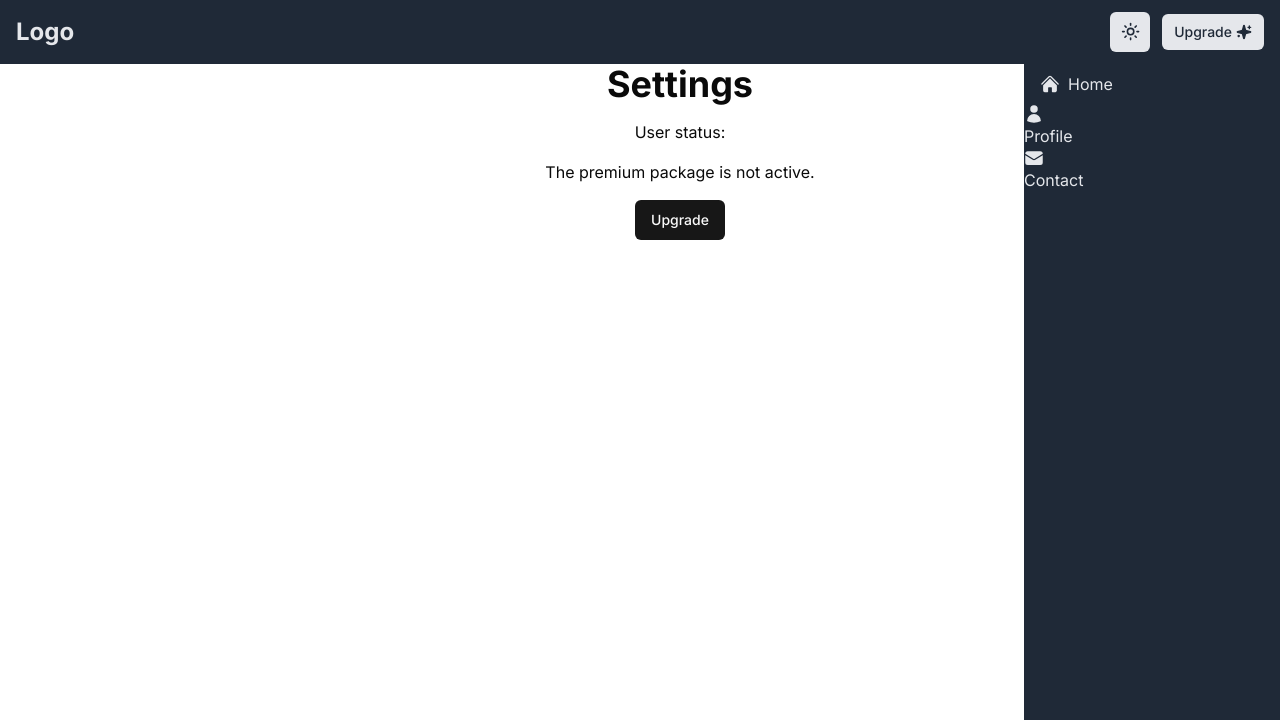
Repository: michalmilek/AI-companion-bot
Page: /settings
An editor plug-in stored every save of this project. The page is shown before and after the next save, followed by the edit.
The browser window is 1280 px wide. The pictures show the whole page.
The page's requests for data from a server got no answer. The project was rebuilt for these pictures with package versions that can differ from the ones it lists, and the page was loaded fresh each time. Some packages were replaced by stand-ins written for this rebuild. The framework's server and built-in components were replaced by stand-ins that run in the browser. No one was signed in, and anything a server would have sent is missing. Also part of the build but not shown: next.config.js. Imported but missing from the stored project, and not drawn on this page: lib/prismadb.

Above is the page before, as saved 2023-10-10 15:37:12.

### app/layout.tsx
import { ClerkProvider } from "@clerk/nextjs";
import "./globals.css";
import type { Metadata } from "next";
import { Inter } from "next/font/google";
import { ThemeProvider } from "@/components/theme-provider";

const inter = Inter({ subsets: ["latin"] });

export const metadata: Metadata = {
  title: "Create Next App",
  description: "Generated by create next app",
};

export default function RootLayout({
  children,
}: {
  children: React.ReactNode;
}) {
  return (
    <ClerkProvider>
      <html lang="en">
        <body className={inter.className}>
          <ThemeProvider
            attribute="class"
            defaultTheme="light"
            enableSystem
            disableTransitionOnChange>
            {children}
          </ThemeProvider>
        </body>
      </html>
    </ClerkProvider>
  );
}

### app/(root)/layout.tsx
import MobileSidebar from "@/components/MobileSidebar";
import Navbar from "@/components/Navbar";
import React from "react";

const RootLayout = ({ children }: { children: React.ReactNode }) => {
  return (
    <div className="h-screen">
      <Navbar />
      <MobileSidebar />
      <main className="md:pl-20 pt-16 h-full">{children}</main>
    </div>
  );
};

export default RootLayout;

### app/(root)/(routes)/settings/page.tsx
import { checkSubscription } from "@/lib/subscription";
import React from "react";
import SubscriptionPanel from "./companion/SubscriptionPanel";

const page = async () => {
  const isPro = await checkSubscription();
  return (
    <div>
      <SubscriptionPanel isPro={isPro} />
    </div>
  );
};

export default page;

### app/globals.css
@tailwind base;
@tailwind components;
@tailwind utilities;

@layer base {
  :root {
    --background: 0 0% 100%;
    --foreground: 0 0% 3.9%;

    --card: 0 0% 100%;
    --card-foreground: 0 0% 3.9%;

    --popover: 0 0% 100%;
    --popover-foreground: 0 0% 3.9%;

    --primary: 0 0% 9%;
    --primary-foreground: 0 0% 98%;

    --secondary: 0 0% 96.1%;
    --secondary-foreground: 0 0% 9%;

    --muted: 0 0% 96.1%;
    --muted-foreground: 0 0% 45.1%;

    --accent: 0 0% 96.1%;
    --accent-foreground: 0 0% 9%;

    --destructive: 0 84.2% 60.2%;
    --destructive-foreground: 0 0% 98%;

    --border: 0 0% 89.8%;
    --input: 0 0% 89.8%;
    --ring: 0 0% 3.9%;

    --radius: 0.5rem;
  }

  .dark {
    --background: 0 0% 3.9%;
    --foreground: 0 0% 98%;

    --card: 0 0% 3.9%;
    --card-foreground: 0 0% 98%;

    --popover: 0 0% 3.9%;
    --popover-foreground: 0 0% 98%;

    --primary: 0 0% 98%;
    --primary-foreground: 0 0% 9%;

    --secondary: 0 0% 14.9%;
    --secondary-foreground: 0 0% 98%;

    --muted: 0 0% 14.9%;
    --muted-foreground: 0 0% 63.9%;

    --accent: 0 0% 14.9%;
    --accent-foreground: 0 0% 98%;

    --destructive: 0 62.8% 30.6%;
    --destructive-foreground: 0 0% 98%;

    --border: 0 0% 14.9%;
    --input: 0 0% 14.9%;
    --ring: 0 0% 83.1%;
  }
}

@layer base {
  * {
    @apply border-border;
  }
  body {
    @apply bg-background text-foreground;
  }
}

*{
  box-sizing: border-box;
  padding: 0;
  margin: 0;
}

### components/MobileSidebar.tsx
"use client";

import React, { useState } from "react";
import { AnimatePresence, motion } from "framer-motion";
import { useTheme } from "next-themes";
import clsx from "clsx";
import { Theme, getThemeBackground } from "@/app/utils/helpers";
import { Button } from "./ui/button";
import {
  XMarkIcon,
  HomeIcon,
  UserIcon,
  EnvelopeIcon,
} from "@heroicons/react/24/solid";
import Link from "next/link";

const MobileSidebar = () => {
  const { theme } = useTheme();
  console.log("🚀 ~ theme:", theme);
  const [isOpen, setIsOpen] = useState(false);

  const toggleMenu = () => {
    setIsOpen(!isOpen);
  };

  return (
    <motion.aside
      key={"mobileSidebar"}
      className={`h-full w-64 fixed bottom-0 top-16 right-0 ${getThemeBackground(
        theme as Theme
      )}`}
      initial={{ x: "100%" }}
      animate={{ x: 0 }}
      transition={{ type: "tween", duration: 0.3 }}>
      <ul>
        <li>
          <Link
            className="flex items-center gap-2 py-2 px-4 hover:bg-gray-700"
            href="/">
            <HomeIcon className="h-5 w-5" />
            <span>Home</span>
          </Link>
        </li>
        <li>
          <Link href="/profile">
            <UserIcon className="h-5 w-5" />
            <span>Profile</span>
          </Link>
        </li>
        <li>
          <Link href="/contact">
            <EnvelopeIcon className="h-5 w-5" />
            <span>Contact</span>
          </Link>
        </li>
      </ul>
    </motion.aside>
  );
};
export default MobileSidebar;

### components/Navbar.tsx
"use client";

import React, { useEffect, useState } from "react";
import { UserButton } from "@clerk/nextjs";
import { Button } from "./ui/button";
import { Sparkles } from "lucide-react";
import { ThemeToggle } from "./theme-toggle";
import { useTheme } from "next-themes";
import clsx from "clsx";
import { Theme, getThemeBackground, getThemeColor } from "@/app/utils/helpers";

const Navbar = () => {
  const { theme } = useTheme();

  return (
    <nav
      className={`${getThemeBackground(
        theme as Theme
      )} h-16 flex justify-between items-center px-4 fixed top-0 left-0 right-0 z-50`}>
      <a
        href="#"
        className="text-2xl font-bold">
        Logo
      </a>
      <div className="flex items-center gap-3">
        <ThemeToggle />
        <Button
          size="sm"
          variant={getThemeColor(theme as Theme)}>
          Upgrade
          <Sparkles className="text-gray-800 fill-gray-800 h-4 w-4" />
        </Button>

        <UserButton />
      </div>
    </nav>
  );
};

export default Navbar;

### lib/subscription.ts
import { auth } from "@clerk/nextjs";

import prismadb from "@/lib/prismadb";

const DAY_IN_MS = 86_400_000;

export const checkSubscription = async () => {
  const { userId } = auth();

  if (!userId) {
    return false;
  }

  const userSubscription = await prismadb.userSubscription.findUnique({
    where: {
      userId,
    },
    select: {
      stripeCurrentPeriodEnd: true,
      stripeCustomerId: true,
      stripePriceId: true,
      stripeSubscriptionId: true,
    },
  });

  if (!userSubscription) {
    return false;
  }

  const isValid =
    userSubscription.stripePriceId &&
    userSubscription.stripeCurrentPeriodEnd?.getTime()! + DAY_IN_MS >
      Date.now();

  return !!isValid;
};

### app/(root)/(routes)/settings/companion/SubscriptionPanel.tsx
"use client";

import { Button } from "@/components/ui/button";
import axios from "axios";
import React from "react";

const SubscriptionPanel = ({ isPro }: { isPro: boolean }) => {
  const onSubscribe = async () => {
    try {
      const response = await axios.get("/api/stripe");

      window.location.href = response.data.url;
    } catch (error) {
      console.log("onSubscribe error", error);
    }
  };

  return (
    <div className="flex flex-col gap-4 items-center justify-center">
      <h1 className="text-4xl font-bold">Settings</h1>
      <h2>User status:</h2>
      <p>
        {isPro
          ? "The premium package is active."
          : "The premium package is not active."}
      </p>
      <Button onClick={onSubscribe}>
        {isPro ? "Edit your subscription" : "Upgrade"}
      </Button>
    </div>
  );
};

export default SubscriptionPanel;

### app/utils/helpers.ts
import clsx from "clsx";

export type Theme = "dark" | "system" | "light";

export function getThemeColor(theme: Theme) {
  if (theme === "dark" || theme === "system") {
    return "dark";
  } else {
    return "gray";
  }
}

export const getThemeBackground = (theme: Theme) => {
  return clsx(
    (theme === "dark" || theme === "system") && "bg-gray-200 text-gray-800",
    theme === "light" && "bg-gray-800 text-gray-200"
  );
};

### components/ui/button.tsx
import * as React from "react";
import { Slot } from "@radix-ui/react-slot";
import { cva, type VariantProps } from "class-variance-authority";

import { cn } from "@/lib/utils";

const buttonVariants = cva(
  "inline-flex items-center justify-center rounded-md text-sm font-medium ring-offset-background transition-colors focus-visible:outline-none focus-visible:ring-2 focus-visible:ring-ring focus-visible:ring-offset-2 disabled:pointer-events-none disabled:opacity-50",
  {
    variants: {
      variant: {
        default: "bg-primary text-primary-foreground hover:bg-primary/90",
        destructive:
          "bg-destructive text-destructive-foreground hover:bg-destructive/90",
        outline:
          "border border-input bg-background hover:bg-accent hover:text-accent-foreground",
        secondary:
          "bg-secondary text-secondary-foreground hover:bg-secondary/80",
        ghost: "hover:bg-accent hover:text-accent-foreground",
        link: "text-primary underline-offset-4 hover:underline",
        gray: "bg-gray-200 text-gray-800 flex items-center gap-1 hover:bg-gray-300 transition-all",
        dark: "bg-gray-800 text-gray-200 flex items-center gap-1 hover:bg-gray-600 transition-all",
      },
      size: {
        default: "h-10 px-4 py-2",
        sm: "h-9 rounded-md px-3",
        lg: "h-11 rounded-md px-8",
        icon: "h-10 w-10",
      },
    },
    defaultVariants: {
      variant: "default",
      size: "default",
    },
  }
);

export interface ButtonProps
  extends React.ButtonHTMLAttributes<HTMLButtonElement>,
    VariantProps<typeof buttonVariants> {
  asChild?: boolean;
}

const Button = React.forwardRef<HTMLButtonElement, ButtonProps>(
  ({ className, variant, size, asChild = false, ...props }, ref) => {
    const Comp = asChild ? Slot : "button";
    return (
      <Comp
        className={cn(buttonVariants({ variant, size, className }))}
        ref={ref}
        {...props}
      />
    );
  }
);
Button.displayName = "Button";

export { Button, buttonVariants };

### components/theme-toggle.tsx
"use client";

import * as React from "react";
import { Moon, Sun } from "lucide-react";
import { useTheme } from "next-themes";

import { Button } from "@/components/ui/button";
import {
  DropdownMenu,
  DropdownMenuContent,
  DropdownMenuItem,
  DropdownMenuTrigger,
} from "@/components/ui/dropdown-menu";
import { Theme, getThemeColor } from "@/app/utils/helpers";

export function ThemeToggle() {
  const { theme, setTheme } = useTheme();

  return (
    <DropdownMenu>
      <DropdownMenuTrigger asChild>
        <Button
          variant={getThemeColor(theme as Theme)}
          size="icon">
          <Sun className="h-[1.2rem] w-[1.2rem] rotate-0 scale-100 transition-all dark:-rotate-90 dark:scale-0" />
          <Moon className="absolute h-[1.2rem] w-[1.2rem] rotate-90 scale-0 transition-all dark:rotate-0 dark:scale-100" />
          <span className="sr-only">Toggle theme</span>
        </Button>
      </DropdownMenuTrigger>
      <DropdownMenuContent align="end">
        <DropdownMenuItem onClick={() => setTheme("light")}>
          Light
        </DropdownMenuItem>
        <DropdownMenuItem onClick={() => setTheme("dark")}>
          Dark
        </DropdownMenuItem>
        <DropdownMenuItem onClick={() => setTheme("system")}>
          System
        </DropdownMenuItem>
      </DropdownMenuContent>
    </DropdownMenu>
  );
}

### components/ui/dropdown-menu.tsx
"use client"

import * as React from "react"
import * as DropdownMenuPrimitive from "@radix-ui/react-dropdown-menu"
import { Check, ChevronRight, Circle } from "lucide-react"

import { cn } from "@/lib/utils"

const DropdownMenu = DropdownMenuPrimitive.Root

const DropdownMenuTrigger = DropdownMenuPrimitive.Trigger

const DropdownMenuGroup = DropdownMenuPrimitive.Group

const DropdownMenuPortal = DropdownMenuPrimitive.Portal

const DropdownMenuSub = DropdownMenuPrimitive.Sub

const DropdownMenuRadioGroup = DropdownMenuPrimitive.RadioGroup

const DropdownMenuSubTrigger = React.forwardRef<
  React.ElementRef<typeof DropdownMenuPrimitive.SubTrigger>,
  React.ComponentPropsWithoutRef<typeof DropdownMenuPrimitive.SubTrigger> & {
    inset?: boolean
  }
>(({ className, inset, children, ...props }, ref) => (
  <DropdownMenuPrimitive.SubTrigger
    ref={ref}
    className={cn(
      "flex cursor-default select-none items-center rounded-sm px-2 py-1.5 text-sm outline-none focus:bg-accent data-[state=open]:bg-accent",
      inset && "pl-8",
      className
    )}
    {...props}
  >
    {children}
    <ChevronRight className="ml-auto h-4 w-4" />
  </DropdownMenuPrimitive.SubTrigger>
))
DropdownMenuSubTrigger.displayName =
  DropdownMenuPrimitive.SubTrigger.displayName

const DropdownMenuSubContent = React.forwardRef<
  React.ElementRef<typeof DropdownMenuPrimitive.SubContent>,
  React.ComponentPropsWithoutRef<typeof DropdownMenuPrimitive.SubContent>
>(({ className, ...props }, ref) => (
  <DropdownMenuPrimitive.SubContent
    ref={ref}
    className={cn(
      "z-50 min-w-[8rem] overflow-hidden rounded-md border bg-popover p-1 text-popover-foreground shadow-lg data-[state=open]:animate-in data-[state=closed]:animate-out data-[state=closed]:fade-out-0 data-[state=open]:fade-in-0 data-[state=closed]:zoom-out-95 data-[state=open]:zoom-in-95 data-[side=bottom]:slide-in-from-top-2 data-[side=left]:slide-in-from-right-2 data-[side=right]:slide-in-from-left-2 data-[side=top]:slide-in-from-bottom-2",
      className
    )}
    {...props}
  />
))
DropdownMenuSubContent.displayName =
  DropdownMenuPrimitive.SubContent.displayName

const DropdownMenuContent = React.forwardRef<
  React.ElementRef<typeof DropdownMenuPrimitive.Content>,
  React.ComponentPropsWithoutRef<typeof DropdownMenuPrimitive.Content>
>(({ className, sideOffset = 4, ...props }, ref) => (
  <DropdownMenuPrimitive.Portal>
    <DropdownMenuPrimitive.Content
      ref={ref}
      sideOffset={sideOffset}
      className={cn(
        "z-50 min-w-[8rem] overflow-hidden rounded-md border bg-popover p-1 text-popover-foreground shadow-md data-[state=open]:animate-in data-[state=closed]:animate-out data-[state=closed]:fade-out-0 data-[state=open]:fade-in-0 data-[state=closed]:zoom-out-95 data-[state=open]:zoom-in-95 data-[side=bottom]:slide-in-from-top-2 data-[side=left]:slide-in-from-right-2 data-[side=right]:slide-in-from-left-2 data-[side=top]:slide-in-from-bottom-2",
        className
      )}
      {...props}
    />
  </DropdownMenuPrimitive.Portal>
))
DropdownMenuContent.displayName = DropdownMenuPrimitive.Content.displayName

const DropdownMenuItem = React.forwardRef<
  React.ElementRef<typeof DropdownMenuPrimitive.Item>,
  React.ComponentPropsWithoutRef<typeof DropdownMenuPrimitive.Item> & {
    inset?: boolean
  }
>(({ className, inset, ...props }, ref) => (
  <DropdownMenuPrimitive.Item
    ref={ref}
    className={cn(
      "relative flex cursor-default select-none items-center rounded-sm px-2 py-1.5 text-sm outline-none transition-colors focus:bg-accent focus:text-accent-foreground data-[disabled]:pointer-events-none data-[disabled]:opacity-50",
      inset && "pl-8",
      className
    )}
    {...props}
  />
))
DropdownMenuItem.displayName = DropdownMenuPrimitive.Item.displayName

const DropdownMenuCheckboxItem = React.forwardRef<
  React.ElementRef<typeof DropdownMenuPrimitive.CheckboxItem>,
  React.ComponentPropsWithoutRef<typeof DropdownMenuPrimitive.CheckboxItem>
>(({ className, children, checked, ...props }, ref) => (
  <DropdownMenuPrimitive.CheckboxItem
    ref={ref}
    className={cn(
      "relative flex cursor-default select-none items-center rounded-sm py-1.5 pl-8 pr-2 text-sm outline-none transition-colors focus:bg-accent focus:text-accent-foreground data-[disabled]:pointer-events-none data-[disabled]:opacity-50",
      className
    )}
    checked={checked}
    {...props}
  >
    <span className="absolute left-2 flex h-3.5 w-3.5 items-center justify-center">
      <DropdownMenuPrimitive.ItemIndicator>
        <Check className="h-4 w-4" />
      </DropdownMenuPrimitive.ItemIndicator>
    </span>
    {children}
  </DropdownMenuPrimitive.CheckboxItem>
))
DropdownMenuCheckboxItem.displayName =
  DropdownMenuPrimitive.CheckboxItem.displayName

const DropdownMenuRadioItem = React.forwardRef<
  React.ElementRef<typeof DropdownMenuPrimitive.RadioItem>,
  React.ComponentPropsWithoutRef<typeof DropdownMenuPrimitive.RadioItem>
>(({ className, children, ...props }, ref) => (
  <DropdownMenuPrimitive.RadioItem
    ref={ref}
    className={cn(
      "relative flex cursor-default select-none items-center rounded-sm py-1.5 pl-8 pr-2 text-sm outline-none transition-colors focus:bg-accent focus:text-accent-foreground data-[disabled]:pointer-events-none data-[disabled]:opacity-50",
      className
    )}
    {...props}
  >
    <span className="absolute left-2 flex h-3.5 w-3.5 items-center justify-center">
      <DropdownMenuPrimitive.ItemIndicator>
        <Circle className="h-2 w-2 fill-current" />
      </DropdownMenuPrimitive.ItemIndicator>
    </span>
    {children}
  </DropdownMenuPrimitive.RadioItem>
))
DropdownMenuRadioItem.displayName = DropdownMenuPrimitive.RadioItem.displayName

const DropdownMenuLabel = React.forwardRef<
  React.ElementRef<typeof DropdownMenuPrimitive.Label>,
  React.ComponentPropsWithoutRef<typeof DropdownMenuPrimitive.Label> & {
    inset?: boolean
  }
>(({ className, inset, ...props }, ref) => (
  <DropdownMenuPrimitive.Label
    ref={ref}
    className={cn(
      "px-2 py-1.5 text-sm font-semibold",
      inset && "pl-8",
      className
    )}
    {...props}
  />
))
DropdownMenuLabel.displayName = DropdownMenuPrimitive.Label.displayName

const DropdownMenuSeparator = React.forwardRef<
  React.ElementRef<typeof DropdownMenuPrimitive.Separator>,
  React.ComponentPropsWithoutRef<typeof DropdownMenuPrimitive.Separator>
>(({ className, ...props }, ref) => (
  <DropdownMenuPrimitive.Separator
    ref={ref}
    className={cn("-mx-1 my-1 h-px bg-muted", className)}
    {...props}
  />
))
DropdownMenuSeparator.displayName = DropdownMenuPrimitive.Separator.displayName

const DropdownMenuShortcut = ({
  className,
  ...props
}: React.HTMLAttributes<HTMLSpanElement>) => {
  return (
    <span
      className={cn("ml-auto text-xs tracking-widest opacity-60", className)}
      {...props}
    />
  )
}
DropdownMenuShortcut.displayName = "DropdownMenuShortcut"

export {
  DropdownMenu,
  DropdownMenuTrigger,
  DropdownMenuContent,
  DropdownMenuItem,
  DropdownMenuCheckboxItem,
  DropdownMenuRadioItem,
  DropdownMenuLabel,
  DropdownMenuSeparator,
  DropdownMenuShortcut,
  DropdownMenuGroup,
  DropdownMenuPortal,
  DropdownMenuSub,
  DropdownMenuSubContent,
  DropdownMenuSubTrigger,
  DropdownMenuRadioGroup,
}

Loaded but not shown: components/theme-provider.tsx (common file); lib/utils.ts (common file); tailwind.config.js (common file)

After the next save:
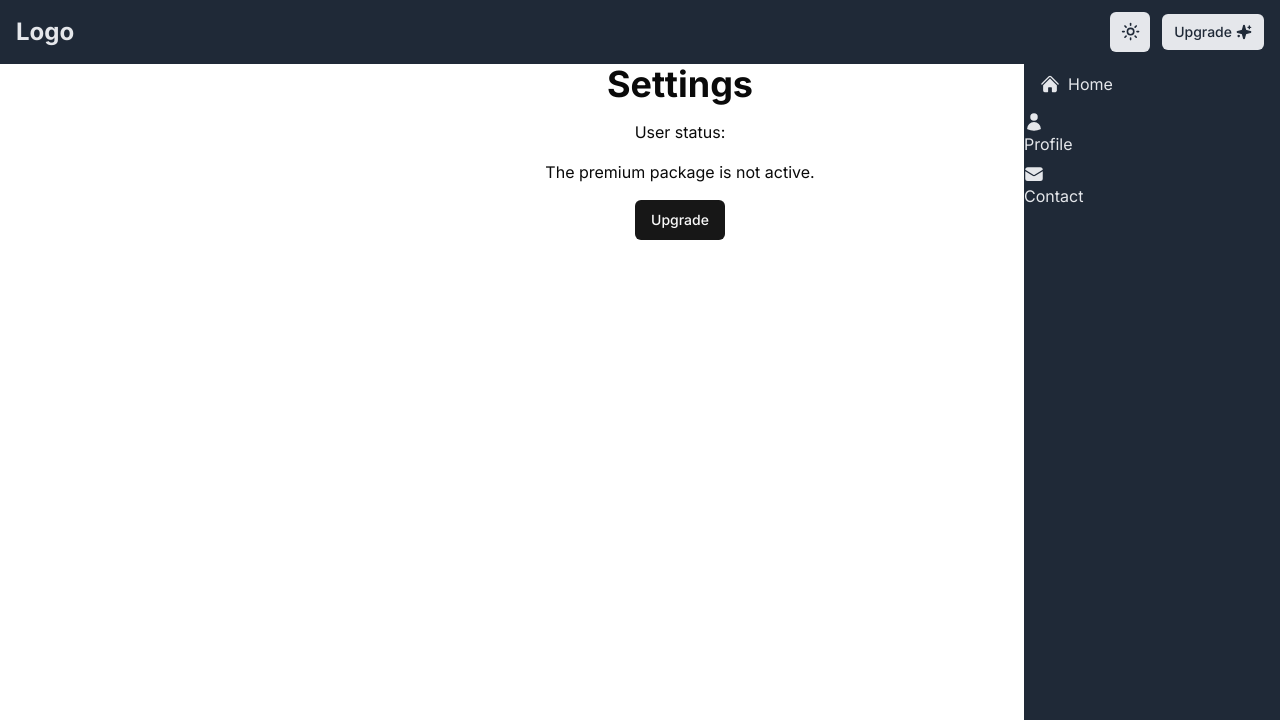
Saved 35 s later.
--- a/components/MobileSidebar.tsx
+++ b/components/MobileSidebar.tsx
@@ -32,7 +32,7 @@ const MobileSidebar = () => {
       initial={{ x: "100%" }}
       animate={{ x: 0 }}
       transition={{ type: "tween", duration: 0.3 }}>
-      <ul>
+      <ul className="flex flex-col gap-2">
         <li>
           <Link
             className="flex items-center gap-2 py-2 px-4 hover:bg-gray-700"
